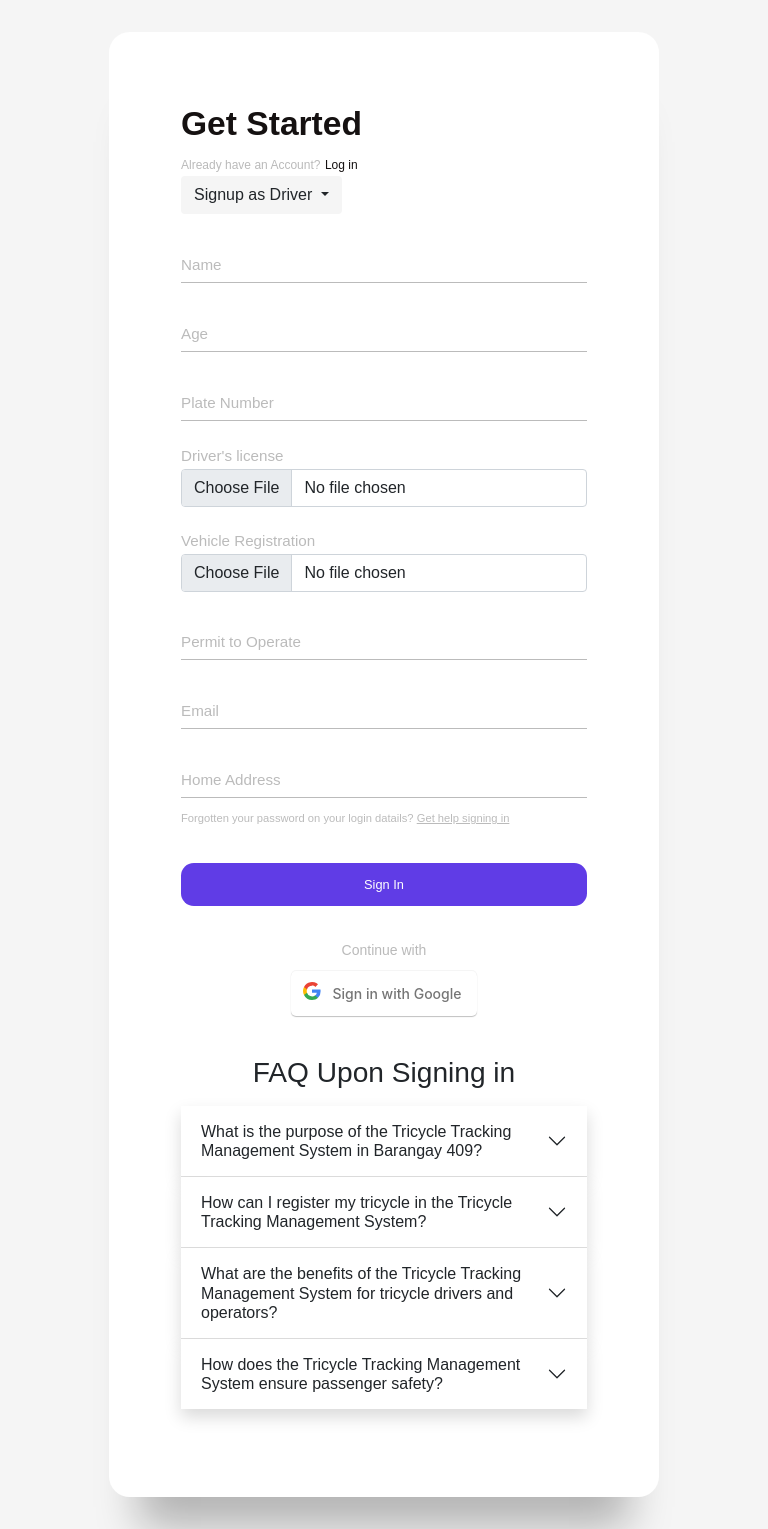
Repository: adrcstro/plate-to-place
Page: http://localhost/Loginsystem/Driverlogin.php
The author's editor kept a copy of each file at every save. The page is drawn from the files as they stood at one save, then again after the next save.
The browser window is 768 px wide. The pictures show the whole page.
Some web fonts or font styles are not loaded; a fallback is used. Some web libraries are served in a nearby version. The page is run by PHP 8.4 with error messages shown; the project is at /var/www/html/.

Above is the page before, as saved 2023-10-31 15:54:12.

After the next save:
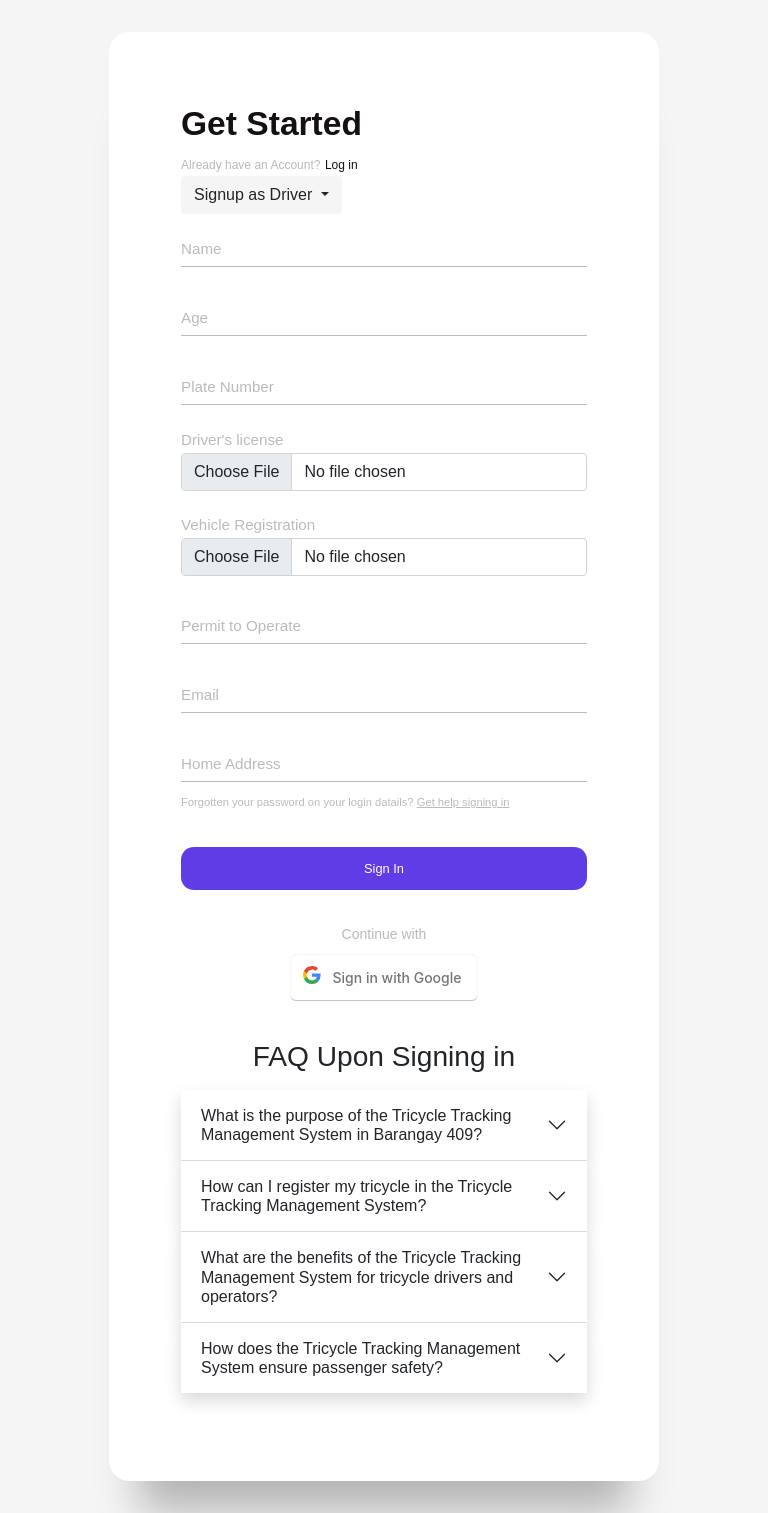
Saved 9 s later.
--- a/Loginsystem/driver.css
+++ b/Loginsystem/driver.css
@@ -496,7 +496,7 @@ margin-top: 2rem;
 }
 
 .formsignin{
-  margin-top: -1rem;
+  margin-top: -2rem;
 }
 .dropdown{
   position: relative; /* or any other position value that suits your layout */
